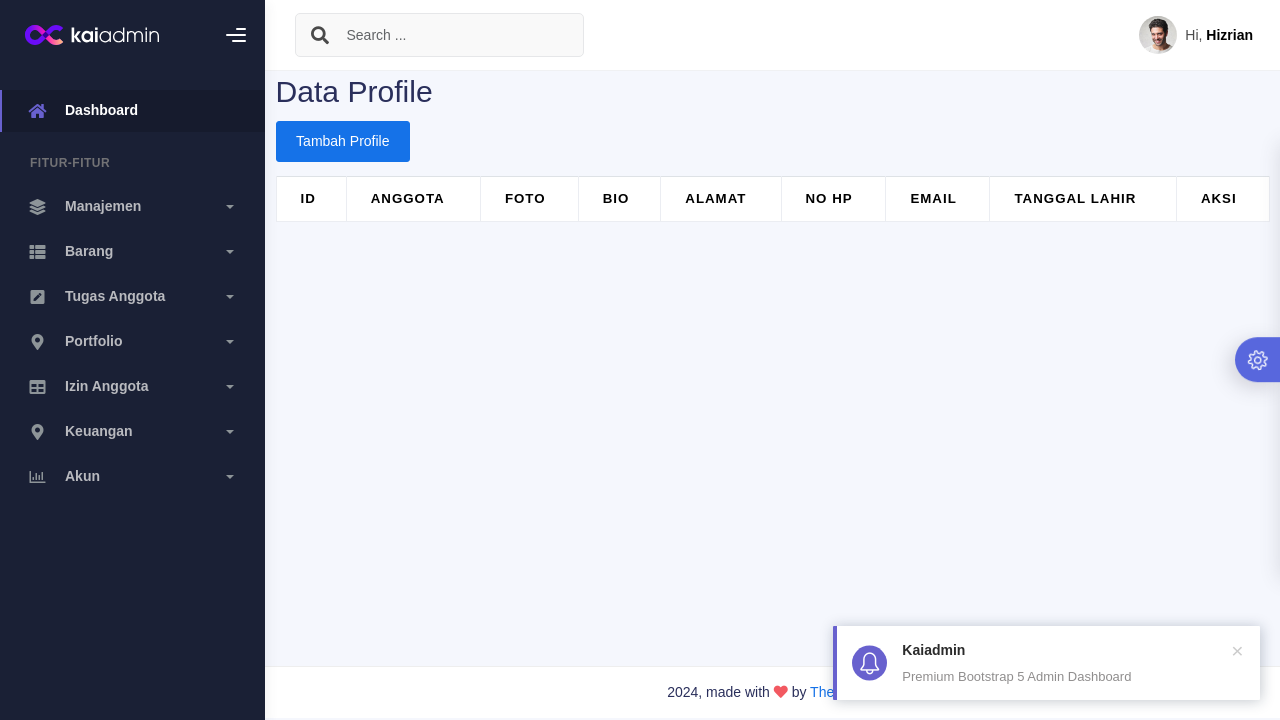
Repository: fatkquladhim/multimedia_laravel
Page: http://localhost/profile
An editor plug-in stored every save of this project. The page is shown before and after the next save, followed by the edit.
The browser window is 1280 px wide. The pictures show the whole page.
Some web fonts or font styles are not loaded; a fallback is used. The page is served by the project's Laravel application, run on PHP 8.4 with Laravel 12. A made-up administrator, Test User (test@example.com), is signed in. Queries for data that is not in the repository find no rows.

Above is the page before, as saved 2025-08-17 09:34:34.
Console error: ReferenceError: jsVectorMap is not defined

After the next save:
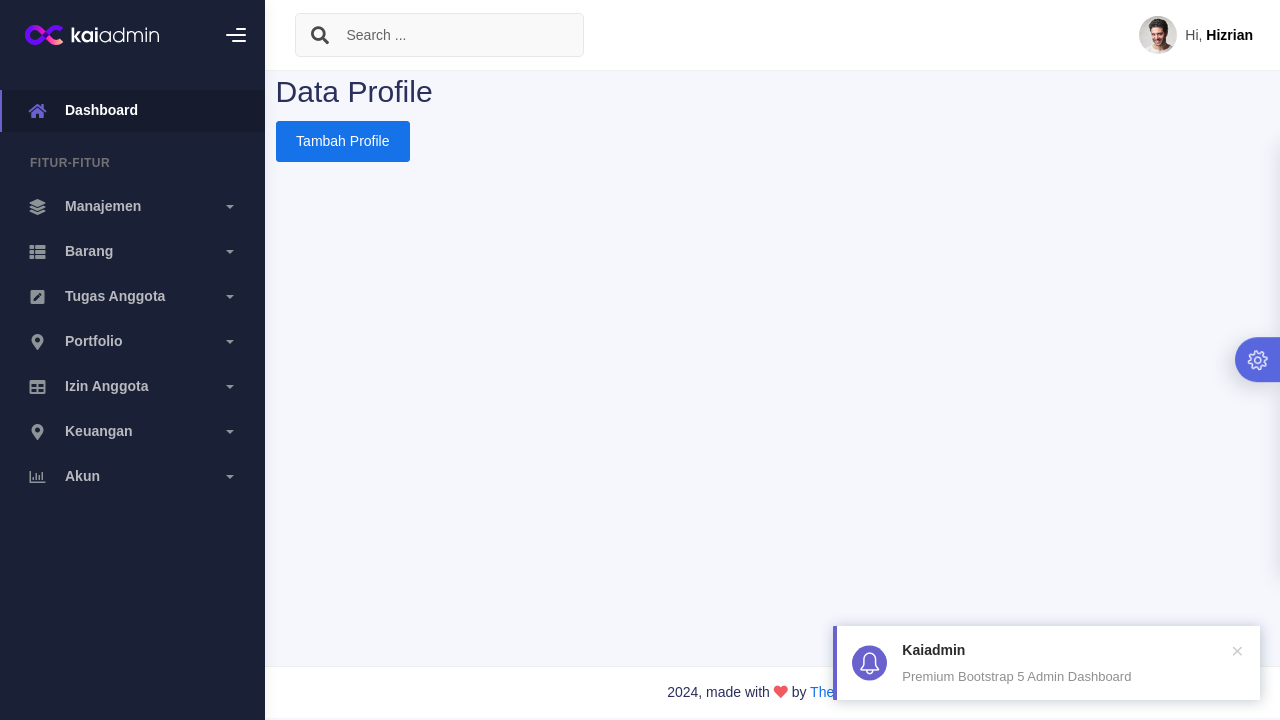
Saved 43 s later.
--- a/resources/views/profile/index.blade.php
+++ b/resources/views/profile/index.blade.php
@@ -4,19 +4,7 @@
     <h1>Data Profile</h1>
     <a href="{{ route('profile.create') }}" class="btn btn-primary mb-3">Tambah Profile</a>
     <table class="table table-bordered">
-        <thead>
-            <tr>
-                <th>ID</th>
-                <th>Anggota</th>
-                <th>Foto</th>
-                <th>Bio</th>
-                <th>Alamat</th>
-                <th>No HP</th>
-                <th>Email</th>
-                <th>Tanggal Lahir</th>
-                <th>Aksi</th>
-            </tr>
-        </thead>
+
         <tbody>
             @foreach($profiles as $item)
             <tr>
